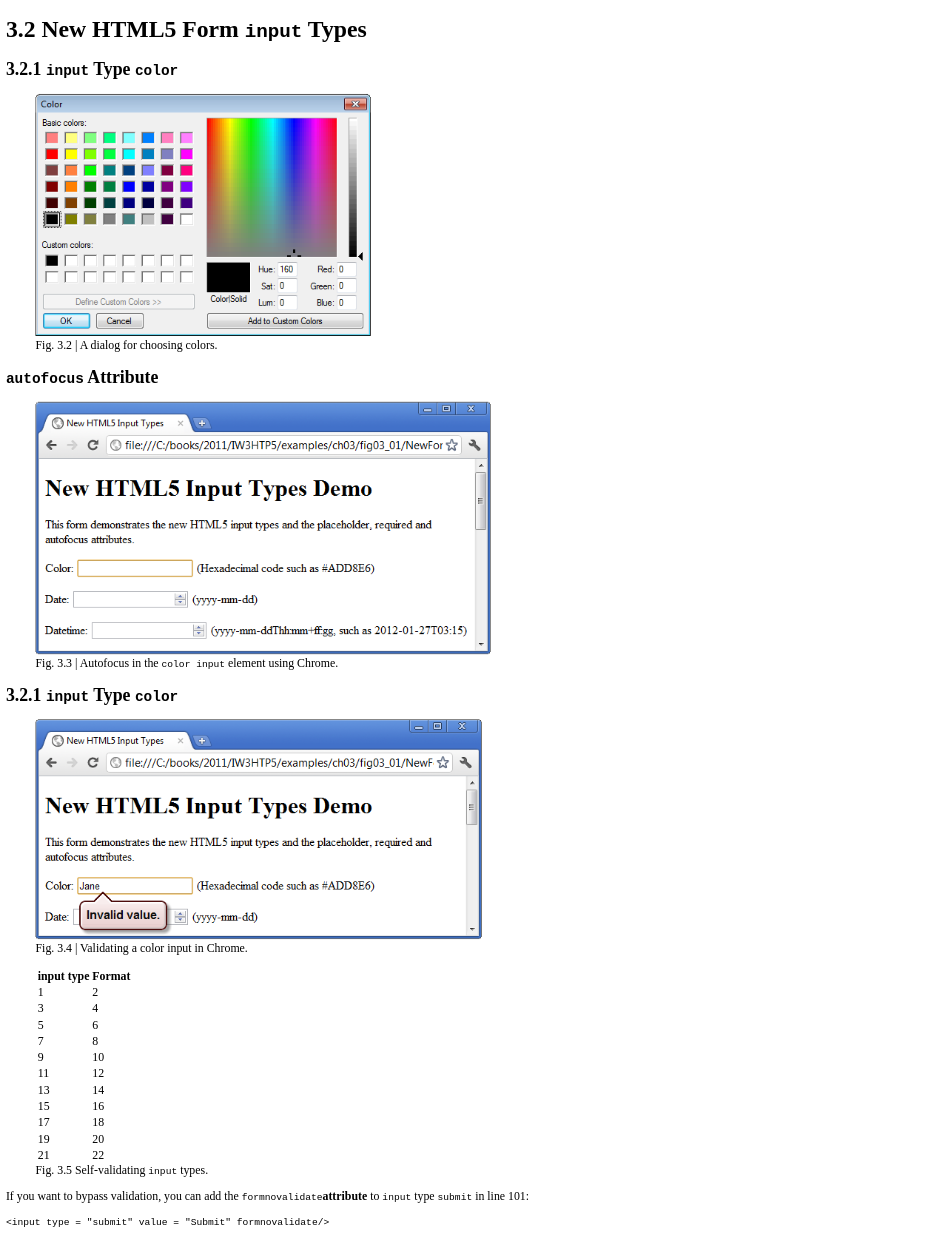
Repository: mlmEFSC21/P4-Textbook-Copy
Page: index.html
An editor plug-in stored every save of this project. The page is shown before and after the next save, followed by the edit.
The browser window is 1280 px wide. The pictures show the whole page, at 74% of full size.

Above is the page before, as saved 2022-02-03 12:54:15.

After the next save:
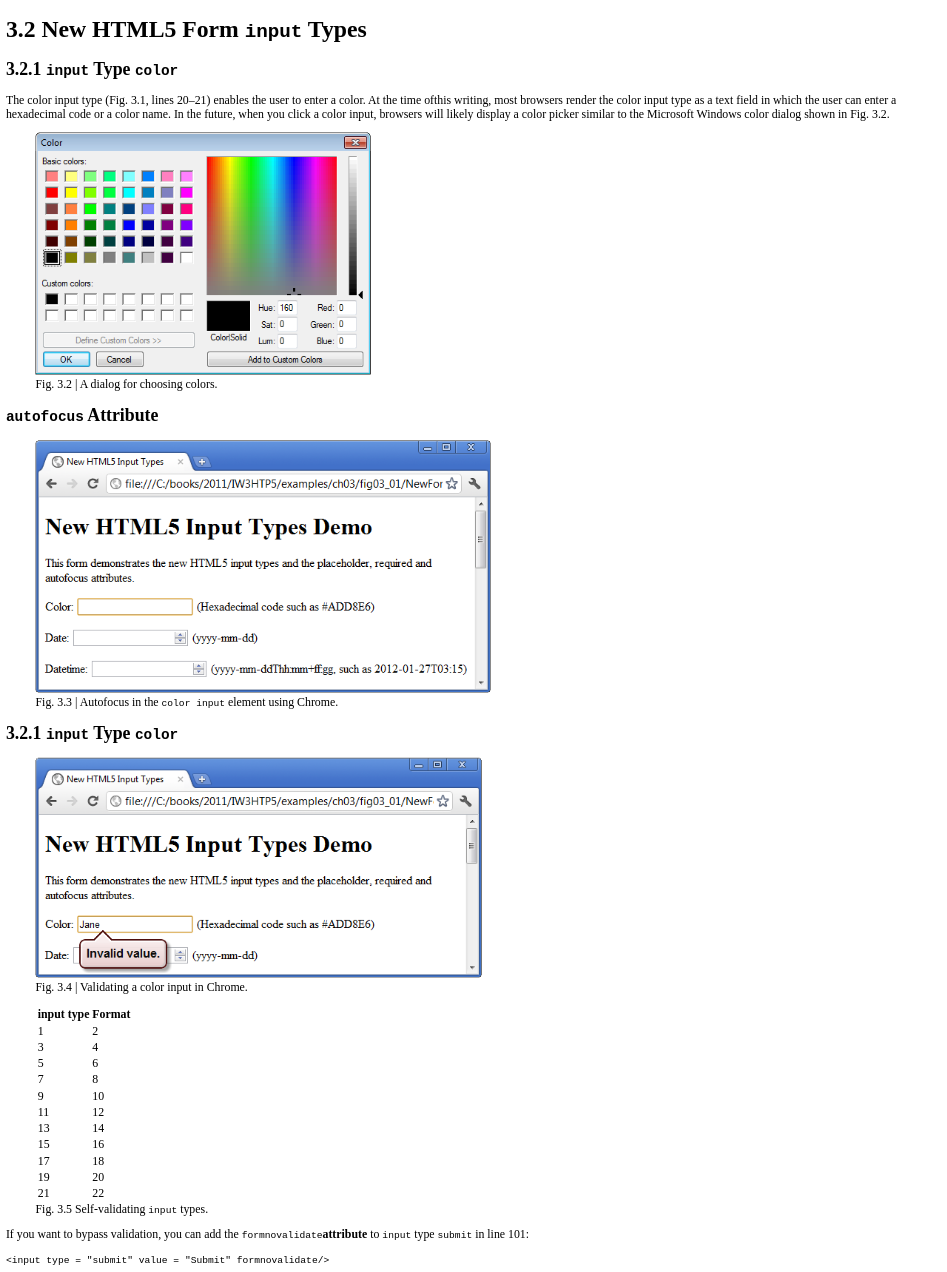
Saved 2 min 0 s later.
--- a/index.html
+++ b/index.html
@@ -14,6 +14,13 @@
             <header>
                 <h2>3.2.1 <code>input</code> Type <code>color</code></h2>
             </header>
+            <p>
+                The color input type (Fig. 3.1, lines 20–21) enables the user to enter a color. At
+                the time ofthis writing, most browsers render the color input type as a text field
+                in which the user can enter a hexadecimal code or a color name. In the future, when
+                you click a color input, browsers will likely display a color picker similar to the
+                Microsoft Windows color dialog shown in Fig. 3.2.
+            </p>
             <figure>
                 <img src="images\OperaColorInput.png" alt="Microsoft Windows color dialog" />
                 <figcaption>Fig. 3.2 | A dialog for choosing colors.</figcaption>
